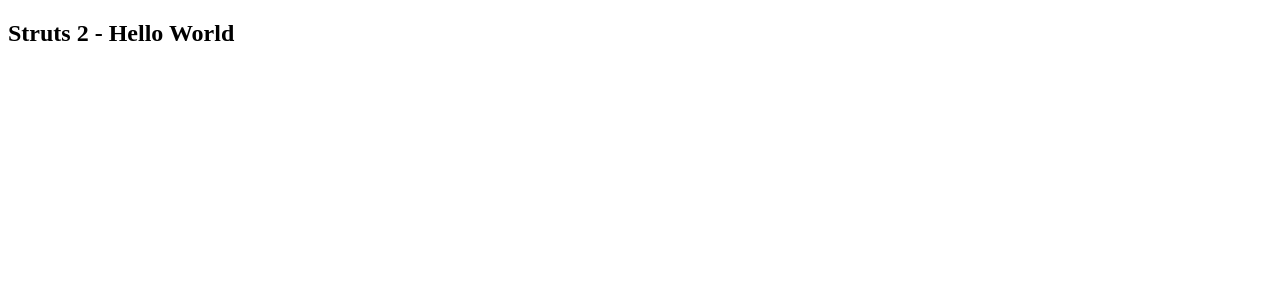
Repository: MichaelCadavillo/ENTJAV2
Page: http://localhost/code14-Struts2-HelloWorld/helloworld.jsp
An editor plug-in stored every save of this project. The page is shown before and after the next save, followed by the edit.
The browser window is 1280 px wide. The pictures show the whole page.
The page is served by Tomcat 9. Nobody is signed in. The application's start-up code is not run.

Above is the page before, as saved 2017-09-05 05:55:05.

After the next save:
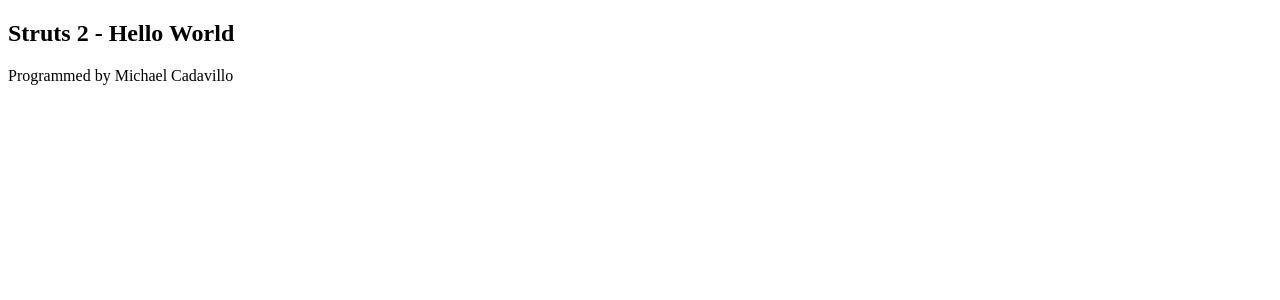
Saved 21 s later.
--- a/code14-Struts2-HelloWorld/WebContent/helloworld.jsp
+++ b/code14-Struts2-HelloWorld/WebContent/helloworld.jsp
@@ -8,5 +8,6 @@
 </head>
 <body>
 	<h2>Struts 2 - Hello World</h2>
+	<p>Programmed by Michael Cadavillo</p>
 </body>
 </html>
